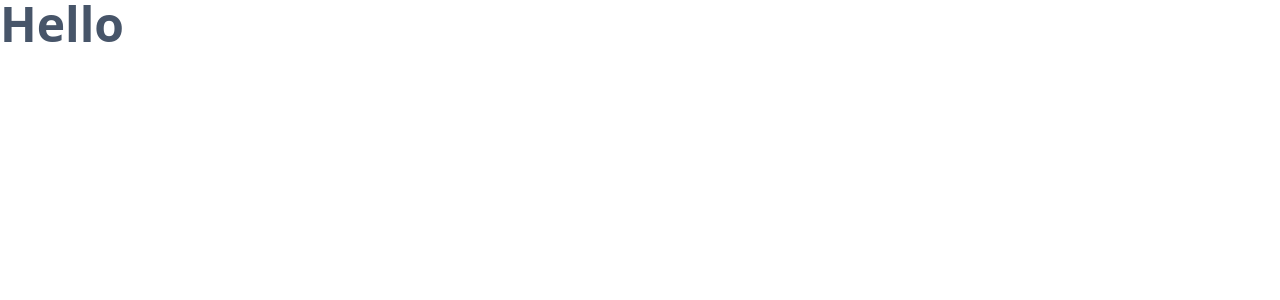
Repository: aaroncemery/aaroncemery-next
Page: /
The author's editor kept a copy of each file at every save. The page is drawn from the files as they stood at one save, then again after the next save.
The browser window is 1280 px wide. The pictures show the whole page.
The project was rebuilt for these pictures with package versions that can differ from the ones it lists, and the page was loaded fresh each time. The framework's server and built-in components were replaced by stand-ins that run in the browser. Also part of the build but not shown: next.config.js.

Above is the page before, as saved 2022-06-13 16:51:53.

### pages/index.tsx
import type { NextPage } from 'next'
import { Fragment } from 'react'

const Home: NextPage = () => {
  return (
    <Fragment>
      <h1 className="font-sans text-5xl font-bold text-slate-600">Hello</h1>
    </Fragment>
  )
}

export default Home

Loaded but not shown: pages/_app.tsx (common file); styles/globals.css (common file); tailwind.config.js (common file)

After the next save:
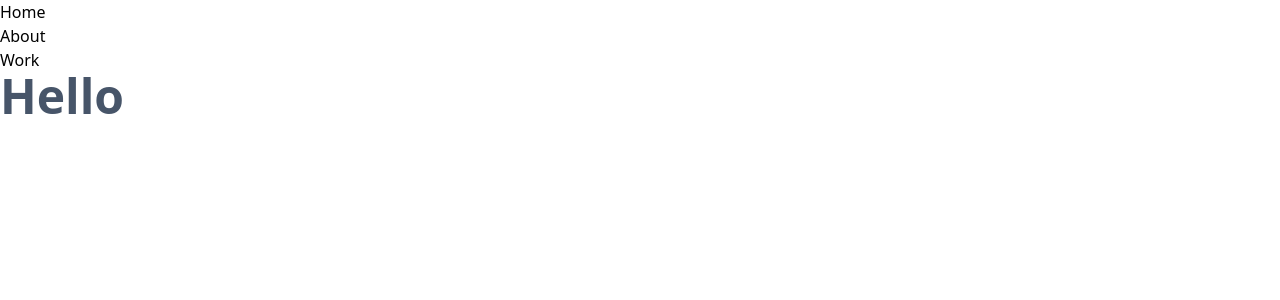
Saved 33 s later.
--- a/pages/index.tsx
+++ b/pages/index.tsx
@@ -4,6 +4,13 @@ import { Fragment } from 'react'
 const Home: NextPage = () => {
   return (
     <Fragment>
+      <nav>
+        <ul>
+          <li>Home</li>
+          <li>About</li>
+          <li>Work</li>
+        </ul>
+      </nav>
       <h1 className="font-sans text-5xl font-bold text-slate-600">Hello</h1>
     </Fragment>
   )
